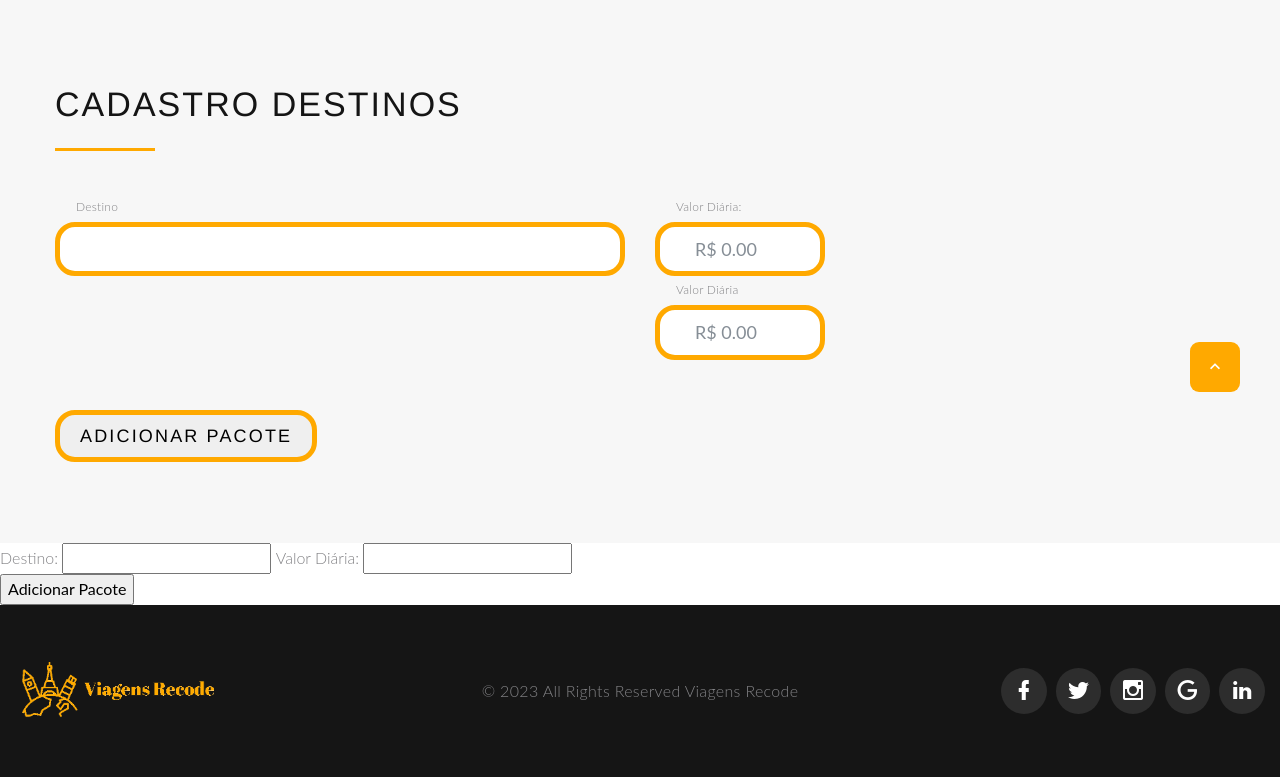
Repository: LiraS23/RecodePro2023-Modulo-4
Page: java/Modulo4/src/main/webapp/destinos.html
An editor plug-in stored every save of this project. The page is shown before and after the next save, followed by the edit.
The browser window is 1280 px wide. The pictures show the part of the page from y = 388 to 1165 px (the page is 1165 px tall before and 1082 px after).
Some web fonts or font styles are not loaded; a fallback is used.

Above is the page before, as saved 2023-10-28 16:27:45.

### java/Modulo4/src/main/webapp/destinos.html
<!DOCTYPE html>
<html lang="pt-br">

<head>
	<meta charset="UTF-8">
	<meta name="viewport" content="width=device-width, initial-scale=1.0">
	<title>Destinos</title>
	<link rel="icon" href="assets/images/favicon.ico" type="image/x-icon">
	<!-- Stylesheets -->
	<link rel="stylesheet" type="text/css"
		href="assets/fonts.googleapis.com/css?family=Oswald:200,400%7CLato:300,400,300italic,700%7CMontserrat:900">
	<link rel="stylesheet" href="assets/css/bootstrap.css">
	<link rel="stylesheet" href="assets/css/style.css">
	<link rel="stylesheet" href="assets/css/fonts.css">
</head>

<body>
	<div class="page">
		<header class="section page-header breadcrumbs-custom-wrap bg-gradient bg-secondary-2 novi-background bg-cover">
			<!-- RD Navbar-->
			<div class="rd-navbar-wrap rd-navbar-default">
				<nav class="rd-navbar rd-navbar-expand-lg rd-navbar-light custom-navbar" style="z-index: 1000;"
					data-layout="rd-navbar-fixed" data-sm-layout="rd-navbar-fixed" data-md-layout="rd-navbar-fixed"
					data-md-device-layout="rd-navbar-fixed" data-lg-layout="rd-navbar-fullwidth"
					data-xl-layout="rd-navbar-static" data-lg-device-layout="rd-navbar-fixed"
					data-xl-device-layout="rd-navbar-static" data-md-stick-up-offset="2px" data-lg-stick-up-offset="2px"
					data-stick-up="true" data-sm-stick-up="true" data-md-stick-up="true" data-lg-stick-up="true"
					data-xl-stick-up="true">
					<div class="rd-navbar-inner">
						<!-- RD Navbar Panel-->
						<div class="rd-navbar-panel">
							<!-- RD Navbar Toggle-->
							<button class="rd-navbar-toggle"
								data-rd-navbar-toggle=".rd-navbar-nav-wrap"><span></span></button>
							<!-- RD Navbar Brand-->
							<div class="rd-navbar-brand"><a class="brand-name" href="index.html"><img
										class="logo-default" src="assets/images/logo-default-208x46.png" alt=""
										width="208" height="46" /><img class="logo-inverse"
										src="assets/images/logo-inverse-208x46.png" alt="" width="208"
										height="46" /></a></div>
						</div>
						<div class="rd-navbar-aside-right">
							<div class="rd-navbar-nav-wrap">
								<!-- RD Navbar Nav-->
								<ul class="rd-navbar-nav">
									<li><a href="index.html">Home</a>
									</li>
									<li class="active"><a href="destinos.html">Destinos</a>
									</li>
									<li><a href="promocoes.html">Promoções</a>
									</li>
									<li><a href="contato.html">Contato</a>
									</li>
									<li><a href="cliente.html">Cliente</a>
									</li>
								</ul>
							</div>
						</div>
						<div class="rd-navbar-aside-right"><a class="button button-sm button-secondary button-nina"
								href="pedidos.html">Reserve um passeio agora</a></div>
					</div>
				</nav>
			</div>
			<!-- Breadcrumbs-->
			<section class="breadcrumbs-custom"
				style="background: url(&quot;https://png.pngtree.com/thumb_back/fw800/back_pic/03/93/99/8257e7bbd63b3ff.jpg&quot;); background-size: cover;">
				<div class="container">
					<p class="breadcrumbs-custom-subtitle">Encontre seu proximo destino!</p>
					<p class="heading-1 breadcrumbs-custom-title">Destinos</p>
				</div>
			</section>
		</header>

		<!-- Cadastro destinos-->
		<section class="section section-wrap bg-gray-lighter novi-background bg-cover">
			<div class="section-wrap-inner">
				<div class="container container-bigger">
					<div class="row">
						<div class="col">
							<div class="section section-lg">
								<h3>Cadastro destinos</h3>
								<hr class="divider divider-left divider-secondary">
								<!-- RD Mailform-->
								<form class="rd-mailform" data-form-output="form-output-global"
									data-form-type="cadastro" method="post" action="/Modulo4/MeuPacoteServlet">
									<input type="hidden" name="action" value="adicionar">
									<div class="row row-fix row-20">
										<div class="col-md-6">
											<div class="form-wrap form-wrap-validation">
												<label class="form-label-outside" for="destino">Destino</label>
												<input class="form-control"
													style="border: 5px solid #FFA900; border-radius: 20px;" id="destino"
													type="text" name="destino" required>
											</div>
										</div>
										<div class="col-md-2">
											<div class "form-wrap form-wrap-validation">

												<label class="form-label-outside" for="valorDiaria">Valor
													Diária:</label>
												<input class="form-control"
													style="border: 5px solid #FFA900; border-radius: 20px;" type="text"
													name="valorDiaria" placeholder="R$ 0.00" required>

												<label class="form-label-outside" for="valorDiaria">Valor Diária</label>
												<input class="form-control"
													style="border: 5px solid #FFA900; border-radius: 20px;"
													id="valorDiaria" type="text" name="valorDiaria"
													data-constraints="@Required" placeholder="R$ 0.00" />
											</div>
										</div>
										<div class="col-sm-12 offset-custom-1">
											<div class="form-button">
												<input class="btn btn-secondary"
													style="border: 5px solid #FFA900; border-radius: 20px;"
													type="submit" value="Adicionar Pacote"></input>
											</div>
										</div>
									</div>
								</form>
							</div>
						</div>
					</div>
				</div>
			</div>
		</section>

		<form action="/Modulo4/MeuPacoteServlet" method="post">
			<input type="hidden" name="action" value="adicionar">
			<label for="destino">Destino:</label>
			<input type="text" name="destino" required>
			<label for="valorDiaria">Valor Diária:</label>
			<input type="text" name="valorDiaria" required><br>
			<input type="submit" value="Adicionar Pacote">
		</form>

		<!-- Footer Minimal-->
		<footer class="section page-footer page-footer-minimal novi-background bg-cover text-center bg-gray-darker">
			<div class="container container-wide">
				<div class="row row-fix justify-content-sm-center align-items-md-center row-30">
					<div class="col-md-10 col-lg-7 col-xl-4 text-xl-left"><a href="index.html"><img class="inverse-logo"
								src="assets/images/logo-inverse-208x46.png" alt="" width="208" height="46" /></a></div>
					<div class="col-md-10 col-lg-7 col-xl-4">
						<p class="right">&#169;&nbsp;<span class="copyright-year"></span> All Rights Reserved Viagens
							Recode
						</p>
					</div>
					<div class="col-md-10 col-lg-7 col-xl-4 text-xl-right">
						<ul class="group-xs group-middle">
							<li><a class="icon novi-icon icon-md-middle icon-circle icon-secondary-5-filled mdi mdi-facebook"
									href="#"></a></li>
							<li><a class="icon novi-icon icon-md-middle icon-circle icon-secondary-5-filled mdi mdi-twitter"
									href="#"></a></li>
							<li><a class="icon novi-icon icon-md-middle icon-circle icon-secondary-5-filled mdi mdi-instagram"
									href="#"></a></li>
							<li><a class="icon novi-icon icon-md-middle icon-circle icon-secondary-5-filled mdi mdi-google"
									href="#"></a></li>
							<li><a class="icon novi-icon icon-md-middle icon-circle icon-secondary-5-filled mdi mdi-linkedin"
									href="#"></a></li>
						</ul>
					</div>
				</div>
			</div>
		</footer>
	</div>

	<!-- Global Mailform Output-->
	<div class="snackbars" id="form-output-global"> </div>
	<!-- Javascript-->
	<script src="assets/js/core.min.js"></script>
	<script src="assets/js/script.js"></script>

</body>

</html>

Loaded but not shown: java/Modulo4/src/main/webapp/assets/css/bootstrap.css (library); java/Modulo4/src/main/webapp/assets/css/style.css (library); java/Modulo4/src/main/webapp/assets/css/fonts.css (library); java/Modulo4/src/main/webapp/assets/js/core.min.js (library); java/Modulo4/src/main/webapp/assets/js/script.js (1496 lines, source omitted)

After the next save:
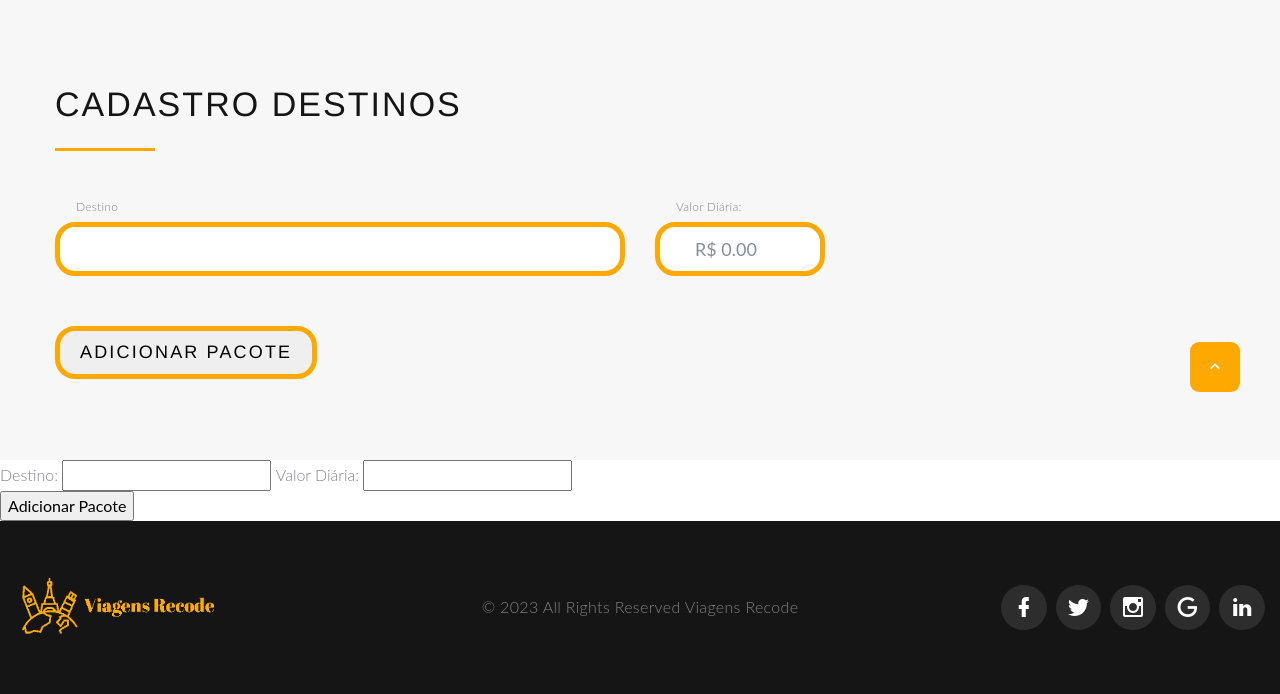
Saved 15 s later.
--- a/java/Modulo4/src/main/webapp/destinos.html
+++ b/java/Modulo4/src/main/webapp/destinos.html
@@ -101,12 +101,6 @@
 												<input class="form-control"
 													style="border: 5px solid #FFA900; border-radius: 20px;" type="text"
 													name="valorDiaria" placeholder="R$ 0.00" required>
-
-												<label class="form-label-outside" for="valorDiaria">Valor Diária</label>
-												<input class="form-control"
-													style="border: 5px solid #FFA900; border-radius: 20px;"
-													id="valorDiaria" type="text" name="valorDiaria"
-													data-constraints="@Required" placeholder="R$ 0.00" />
 											</div>
 										</div>
 										<div class="col-sm-12 offset-custom-1">
